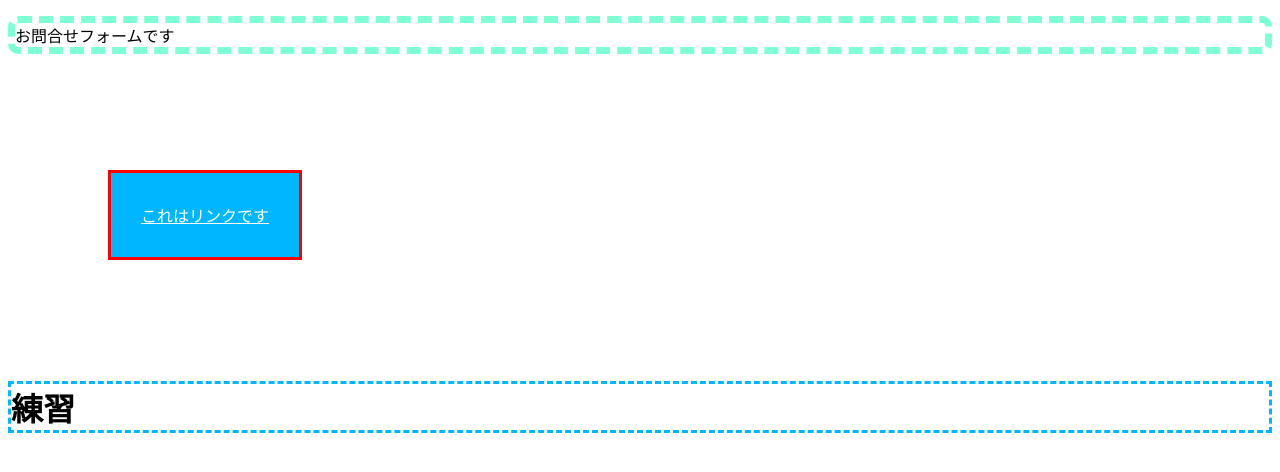
Repository: Jutta197/frontend726
Page: css_ex/box_model/index.html
An editor plug-in stored every save of this project. The page is shown before and after the next save, followed by the edit.
The browser window is 1280 px wide. The pictures show the whole page.

Above is the page before, as saved 2023-07-28 14:50:52.

After the next save:
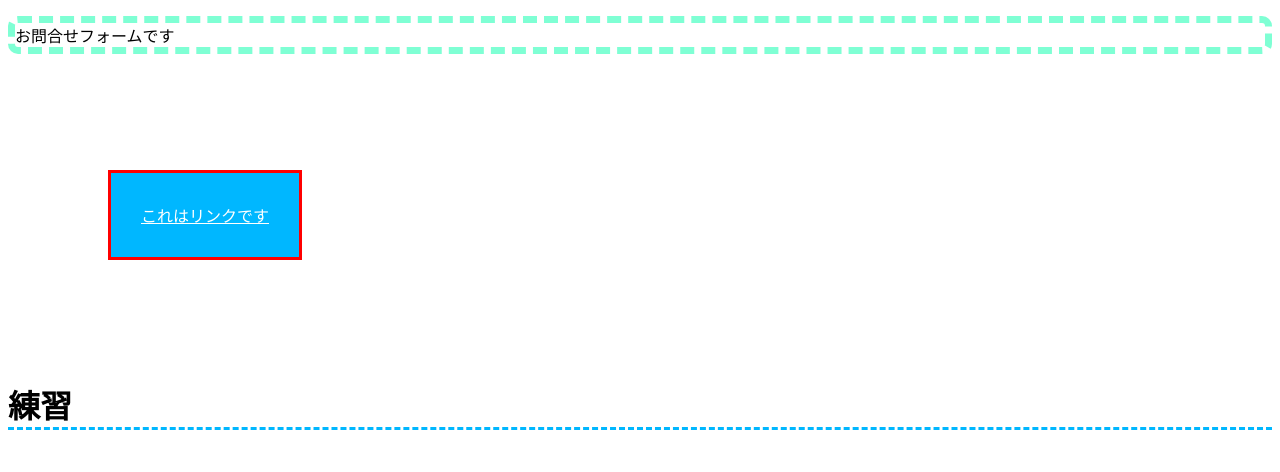
Saved 58 s later.
--- a/css_ex/box_model/style.css
+++ b/css_ex/box_model/style.css
@@ -17,5 +17,5 @@ p {
 }
 
 h1 {
-    border: 3px dashed rgb(0, 183, 255);
+    border-bottom: 3px dashed rgb(0, 183, 255);
 }
